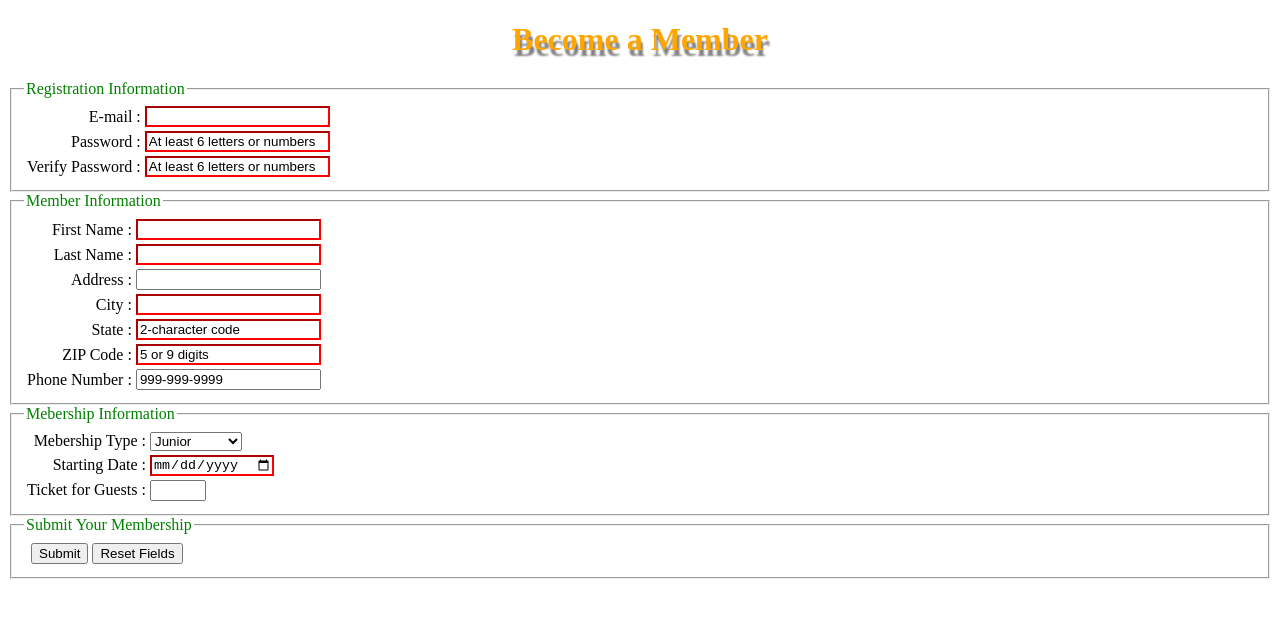
Repository: kjungyoun/Web_Study_2021
Page: homework_front/WebContent/0302/0302.html
An editor plug-in stored every save of this project. The page is shown before and after the next save, followed by the edit.
The browser window is 1280 px wide. The pictures show the whole page.
Some web fonts or font styles are not loaded; a fallback is used.

Above is the page before, as saved 2021-03-02 12:28:03.

After the next save:
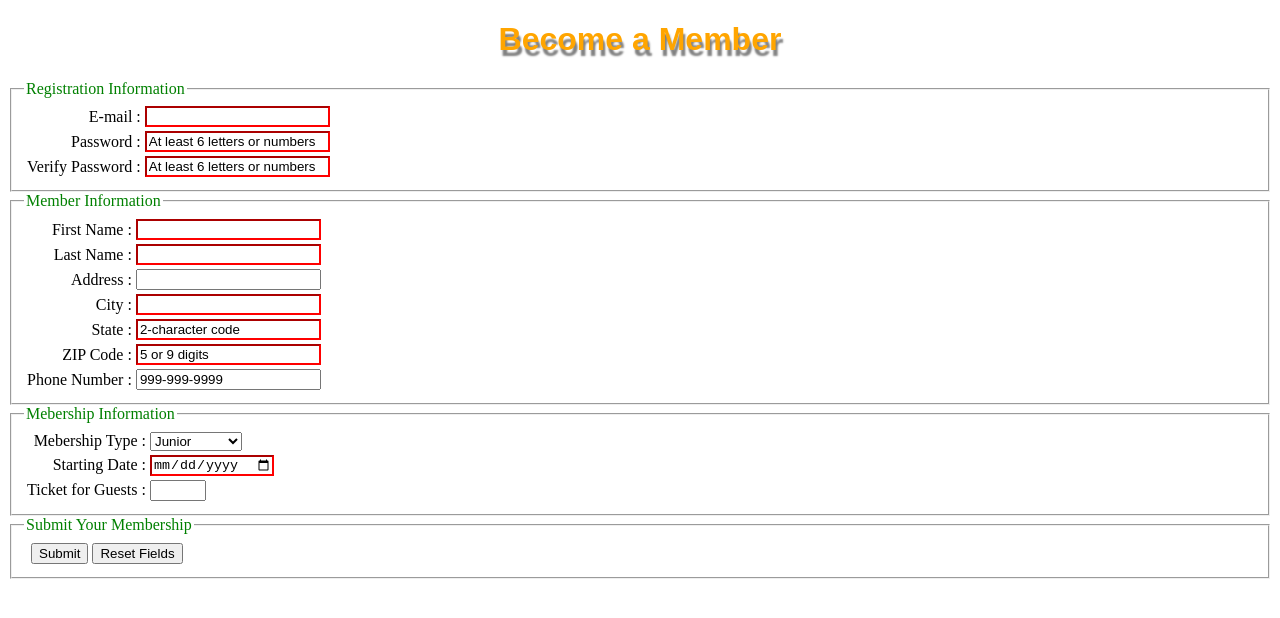
Saved 7 s later.
--- a/homework_front/WebContent/0302/0302.html
+++ b/homework_front/WebContent/0302/0302.html
@@ -19,7 +19,7 @@
 </head>
 <body>
 <header>
-	<h1 align="center" style="font-family:inherit; color: orange; font-variant: ">
+	<h1 align="center">
 		Become a Member
 	</h1>
 </header>
